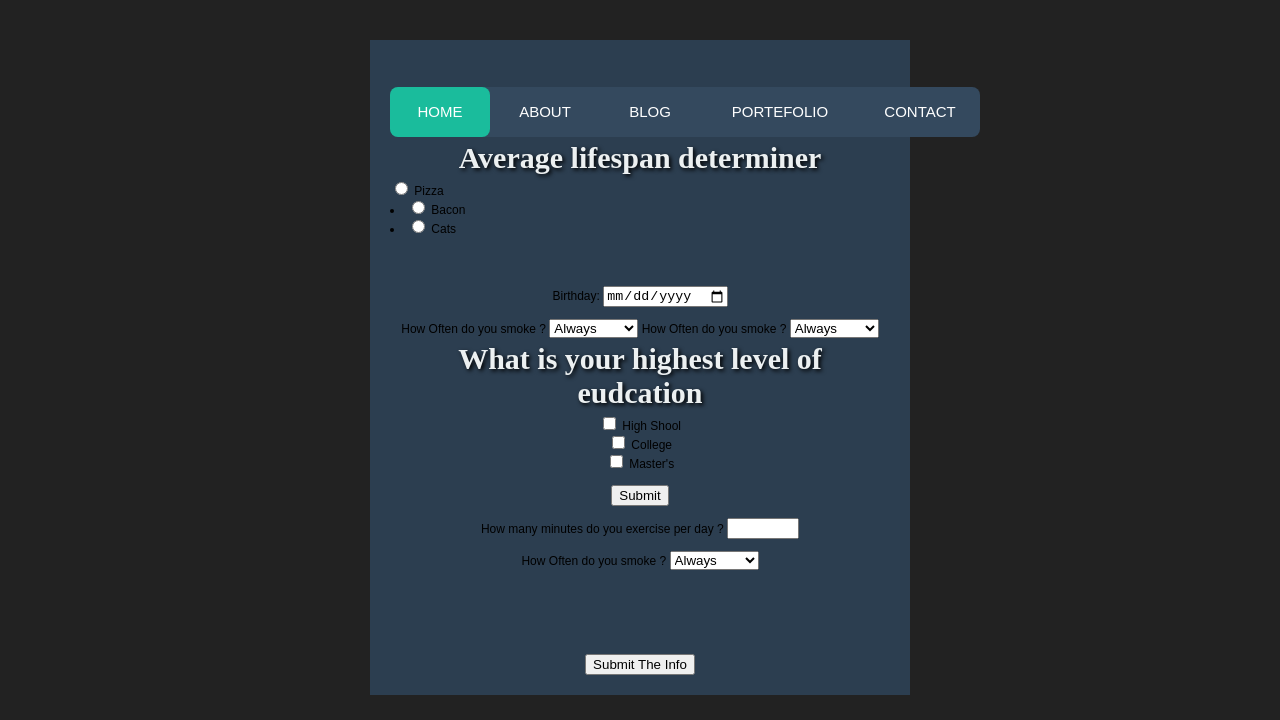
Repository: navid-amini12/capstone-1
Page: wordgame.html
The author's editor kept a copy of each file at every save. The page is drawn from the files as they stood at one save, then again after the next save.
The browser window is 1280 px wide. The pictures show the whole page.

Above is the page before, as saved 2022-06-01 12:29:46.

### wordgame.html


  <link rel="stylesheet" type="text/css" href="Life.css">






<!-- NAVATION STARTING  -->

<nav class ="mynavigation">
  <a href="#">Home</a>
  <a href="#">About</a>
  <a href="#">Blog</a>
  <a href="#">Portefolio</a>
  <a href="#">Contact</a>
  <div class="animation start-home"></div>
</nav>
  <!-- NAVIGATION ENDING -->
    <h1>Average lifespan determiner</h1>









      <div class = "container90">  <input type="radio" id="f-option" name="selector">
        <label for="f-option">Pizza</label>

        <div class="check"></div>
      </li>

      <li>
        <input type="radio" id="s-option" name="selector">
        <label for="s-option">Bacon</label>

        <div class="check"><div class="inside"></div></div>
      </li>

      <li>
        <input type="radio" id="t-option" name="selector">
        <label for="t-option">Cats</label>

        <div class="check"><div class="inside"></div></div>

   </div>






















  <div class = "left"><form action="/action_page.php">
    <label for="birthday">Birthday:</label>
    <input type="date" id="birthday" name="birthday">

  </form>

<label for="cars">How Often do you smoke ?</label>

<select id="questions">
<option value="volvo">Always</option>
<option value="saab">Often</option>
<option value="opel">Sometimes</option>
<option value="audi">Rarely</option>
<option value="audi">Never</option>
</select>

<label for="cars">How Often do you smoke ?</label>

<select id="questions">
<option value="volvo">Always</option>
<option value="saab">Often</option>
<option value="opel">Sometimes</option>
<option value="audi">Rarely</option>
<option value="audi">Never</option>
</select>

<h1>What is your highest level of eudcation</h1>

<form id = "checkbox1">
<input type="checkbox" id="vehicle1" name="vehicle1" value="Bike">
<label for="vehicle1"> High Shool</label><br>
<input type="checkbox" id="vehicle2" name="vehicle2" value="Car">
<label for="vehicle2"> College</label><br>
<input type="checkbox" id="vehicle3" name="vehicle3" value="Boat">
<label for="vehicle3"> Master's</label><br><br>
<input type="submit" value="Submit">
</form>

<form>
  <label for="quantity">How many minutes do you exercise per day ? </label>
  <input type="number" id="quantity" name="quantity" min="0" max="1000">
</form>




<label for="cars">How Often do you smoke ?</label>

<select id="myquestions">
<option value="always">Always</option>
<option value="often">Often</option>
<option value="sometimes">Sometimes</option>
<option value="rarely">Rarely</option>
<option value="never">Never</option>
</select>
<br>
<br>
<br>
<br>


<br>
<br>
<br>
<button id = "submitInfo">Submit The Info</button></div>





<!-- <input id = "submitInfo" type="button" value = "Submit Info" onclick="alert('Submitting INfo');" /></div> -->

  </div>



  <!-- <input id = "submitInfo" type="button" value = "Submit Info" onclick="alert('Submitting INfo');" /> -->


















  <body class="container">
    <ul id="people" class=""></ul>


    <script src="https://unpkg.com/axios/dist/axios.min.js"></script>
    <script>

      document.getElementById("submitInfo").onclick = function () {
        axios
          .get("http://localhost:4000/api/users")
          .then(function (response) {
            var e = document.getElementById("myquestions");
            var strUser = e.options[e.selectedIndex].text;


            var x = document.getElementById("vehicle1").value;




     if (strUser == "Never") {

         alert(x)



       alert( document.getElementById("people").innerHTML = response.data[0] )

    }
          })


          .catch(function (err) {
            document.getElementById("people").innerHTML =
              '<li class="text-danger">' + err.message + "</li>";
          });
      };
    </script>

### Life.css
@import url('https://fonts.googleapis.com/css?family=Lato');

body, html{
  height: 100%;
  background: #222222;
	font-family: 'Lato', sans-serif;
}

.container{
  display: block;
  position: relative;
  margin: 40px auto;
  height: auto;
  width: 500px;
  padding: 20px;
}

h2 {
	color: #AAAAAA;
}

.container ul{
  list-style: none;
  margin: 0;
  padding: 0;
	overflow: auto;
}

ul li{
  color: #AAAAAA;
  display: block;
  position: relative;
  float: left;
  width: 100%;
  height: 100px;
	border-bottom: 1px solid #333;
}

ul li input[type=radio]{
  position: absolute;
  visibility: hidden;
}

ul li label{
  display: block;
  position: relative;
  font-weight: 300;
  font-size: 1.35em;
  padding: 25px 25px 25px 80px;
  margin: 10px auto;
  height: 30px;
  z-index: 9;
  cursor: pointer;
  -webkit-transition: all 0.25s linear;
}

ul li:hover label{
	color: #FFFFFF;
}

ul li .check{
  display: block;
  position: absolute;
  border: 5px solid #AAAAAA;
  border-radius: 100%;
  height: 25px;
  width: 25px;
  top: 30px;
  left: 20px;
	z-index: 5;
	transition: border .25s linear;
	-webkit-transition: border .25s linear;
}

ul li:hover .check {
  border: 5px solid #FFFFFF;
}

ul li .check::before {
  display: block;
  position: absolute;
	content: '';
  border-radius: 100%;
  height: 15px;
  width: 15px;
  top: 5px;
	left: 5px;
  margin: auto;
	transition: background 0.25s linear;
	-webkit-transition: background 0.25s linear;
}

input[type=radio]:checked ~ .check {
  border: 5px solid #0DFF92;
}

input[type=radio]:checked ~ .check::before{
  background: #0DFF92;
}

input[type=radio]:checked ~ label{
  color: #0DFF92;
}

.signature {
	margin: 10px auto;
	padding: 10px 0;
	width: 100%;
}

.signature p{
	text-align: center;
	font-family: Helvetica, Arial, Sans-Serif;
	font-size: 0.85em;
	color: #AAAAAA;
}

.signature .much-heart{
	display: inline-block;
	position: relative;
	margin: 0 4px;
	height: 10px;
	width: 10px;
	background: #AC1D3F;
	border-radius: 4px;
	-ms-transform: rotate(45deg);
    -webkit-transform: rotate(45deg);
    transform: rotate(45deg);
}

.signature .much-heart::before,
.signature .much-heart::after {
	  display: block;
  content: '';
  position: absolute;
  margin: auto;
  height: 10px;
  width: 10px;
  border-radius: 5px;
  background: #AC1D3F;
  top: -4px;
}

.signature .much-heart::after {
	bottom: 0;
	top: auto;
	left: -4px;
}

.signature a {
	color: #AAAAAA;
	text-decoration: none;
	font-weight: bold;
}


/* Styles for alert...
by the way it is so weird when you look at your code a couple of years after you wrote it XD */

.alert {
	box-sizing: border-box;
	background-color: #BDFFE1;
	width: 100%;
	position: relative;
	top: 0;
	left: 0;
	z-index: 300;
	padding: 20px 40px;
	color: #333;
}

.alert h2 {
	font-size: 22px;
	color: #232323;
	margin-top: 0;
}

.alert p {
	line-height: 1.6em;
	font-size:18px;
}

.alert a {
	color: #232323;
	font-weight: bold;
}






/* startin of navtation css */

.left {
  margin-top: 50px;
  text-align: center;
}






nav {
  margin: 27px auto 0;

  position: relative;
  width: 590px;
  height: 50px;
  background-color: #34495e;
  border-radius: 8px;
  font-size: 0;
}
nav a {
  line-height: 50px;
  height: 100%;
  font-size: 15px;
  display: inline-block;
  position: relative;
  z-index: 1;
  text-decoration: none;
  text-transform: uppercase;
  text-align: center;
  color: white;
  cursor: pointer;
}
nav .animation {
  position: absolute;
  height: 100%;
  top: 0;
  z-index: 0;
  transition: all .5s ease 0s;
  border-radius: 8px;
}
a:nth-child(1) {
  width: 100px;
}
a:nth-child(2) {
  width: 110px;
}
a:nth-child(3) {
  width: 100px;
}
a:nth-child(4) {
  width: 160px;
}
a:nth-child(5) {
  width: 120px;
}
nav .start-home, a:nth-child(1):hover~.animation {
  width: 100px;
  left: 0;
  background-color: #1abc9c;
}
nav .start-about, a:nth-child(2):hover~.animation {
  width: 110px;
  left: 100px;
  background-color: #e74c3c;
}
nav .start-blog, a:nth-child(3):hover~.animation {
  width: 100px;
  left: 210px;
  background-color: #3498db;
}
nav .start-portefolio, a:nth-child(4):hover~.animation {
  width: 160px;
  left: 310px;
  background-color: #9b59b6;
}
nav .start-contact, a:nth-child(5):hover~.animation {
  width: 120px;
  left: 470px;
  background-color: #e67e22;
}

body {
  font-size: 12px;
  font-family: sans-serif;
  background: #2c3e50;
}
h1 {
  text-align: center;
  margin: 40px 0 40px;
  text-align: center;
  font-size: 30px;
  color: #ecf0f1;
  text-shadow: 2px 2px 4px #000000;
  font-family: 'Cherry Swash', cursive;
}

p {
    position: absolute;
    bottom: 20px;
    width: 100%;
    text-align: center;
    color: #ecf0f1;
    font-family: 'Cherry Swash',cursive;
    font-size: 16px;
}

span {
    color: #2BD6B4;
}




/* Navigation  */

/*
@import url('https://fonts.googleapis.com/css?family=Lobster&display=swap') repeat scroll 0 0 rgba(0, 0, 0 , 0);

body {
  background: #fff;
}

.title {
  font-size: 2.5rem;
  font-family: 'Lobster', cursive;
}

.container {
  animation: scroll 70s linear infinite;
  background: url("https://images.unsplash.com/photo-1465146633011-14f8e0781093?ixlib=rb-1.2.1&ixid=eyJhcHBfaWQiOjEyMDd9&auto=format&fit=crop&w=3450&q=80"), #111111;
  color: #eee;
  height: 100vh;
  min-width: 360px;
  width: 100%;
  display: flex;
  justify-content: center;
  align-items: center;
  perspective: 1000px;
  perspective-origin: 50% 50%;

}

@keyframes scroll {
   100%{
    background-position:0px -3000px;
  }
}

@media (prefers-reduced-motion) {
  .container {
    animation: scroll 200s linear infinite;
  }
}

@media (min-width: 670px) {
  .title {
    font-size: 5rem;
  }
}

#modalContainer {
  background-color:rgba(0, 0, 0, 0.3);
  position:absolute;
  top:0;
  width:100%;
  height:100%;
  left:0px;
  z-index:10000;
  background-image:url(tp.png); /* required by MSIE to prevent actions on lower z-index elements */
}

#alertBox {
  position:relative;
  width:33%;
  min-height:20%;
  max-height:35%;
  margin-top:50px;
  border:1px solid #fff;
  background-color:#fff;
  background-repeat:no-repeat;
  top:30%;
}

#modalContainer > #alertBox {
  position:fixed;
}

#alertBox h1 {
  margin:0;
  font:bold 1em Raleway,arial;
  background-color:#f97352;
  color:#FFF;
  border-bottom:1px solid #f97352;
  padding:10px 0 10px 5px;
}


#alertBox #closeBtn {
  display:block;
  position:relative;
  margin:100px auto 100px auto;
  padding:7px;
  border:0 none;
  width:70px;
  text-transform:uppercase;
  text-align:center;
  color:#FFF;
  background-color:#f97352;
  border-radius: 0px;
  text-decoration:none;
  outline:0!important;
}

/* unrelated styles */

#mContainer {
  position:relative;
  width:600px;
  margin:auto;
  padding:5px;
  border-top:2px solid #fff;
  border-bottom:2px solid #fff;
}

h1,h2 {
  margin:0;
  padding:4px;
}

code {
  font-size:1.2em;
  color:#069;
}

#credits {
  position:relative;
  margin:25px auto 0px auto;
  width:350px;
  font:0.7em verdana;
  border-top:1px solid #000;
  border-bottom:1px solid #000;
  height:90px;
  padding-top:4px;
}

#credits img {
  float:left;
  margin:5px 10px 5px 0px;
  border:1px solid #000000;
  width:80px;
  height:79px;
}

.important {
  background-color:#F5FCC8;
  padding:2px;

}

@media (max-width: 600px)
{
  #alertBox {
  position:relative;
  width:90%;
  top:30%;
}


 */

After the next save:
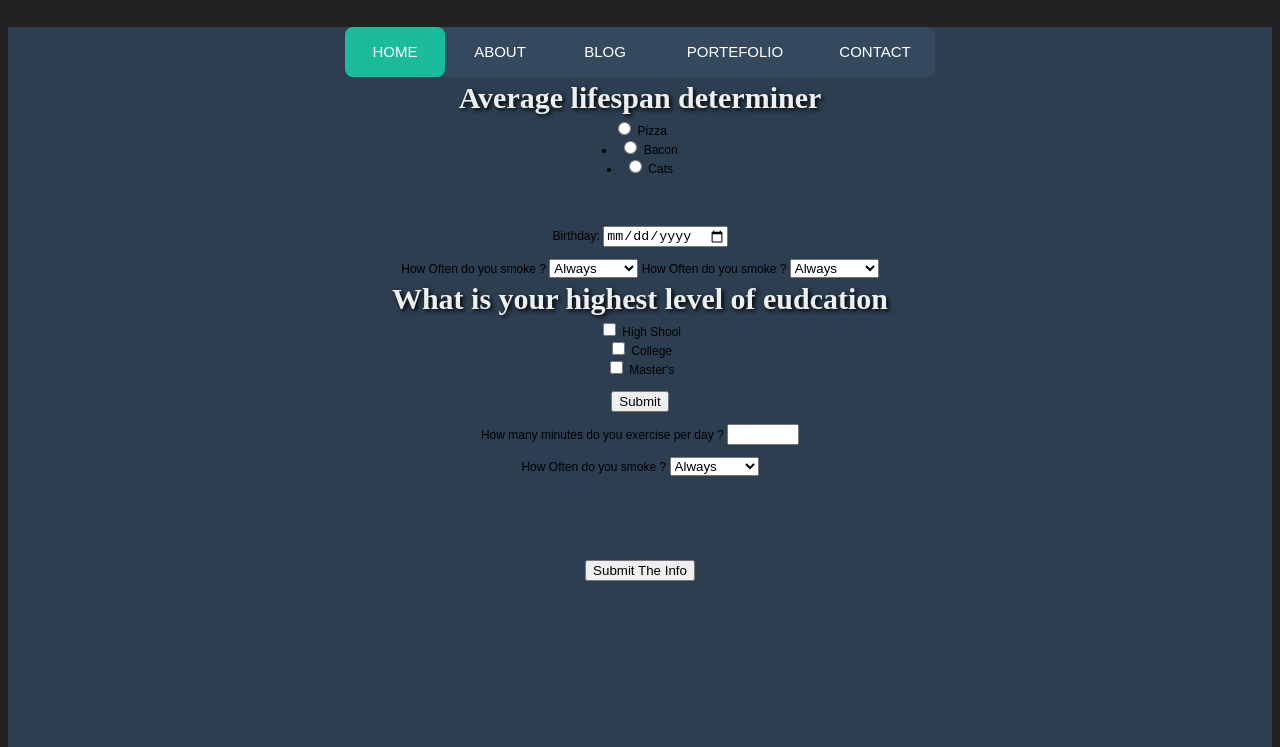
Saved 38 s later.
--- a/Life.css
+++ b/Life.css
@@ -7,12 +7,7 @@ body, html{
 }
 
 .container{
-  display: block;
-  position: relative;
-  margin: 40px auto;
-  height: auto;
-  width: 500px;
-  padding: 20px;
+ text-align: center;
 }
 
 h2 {
